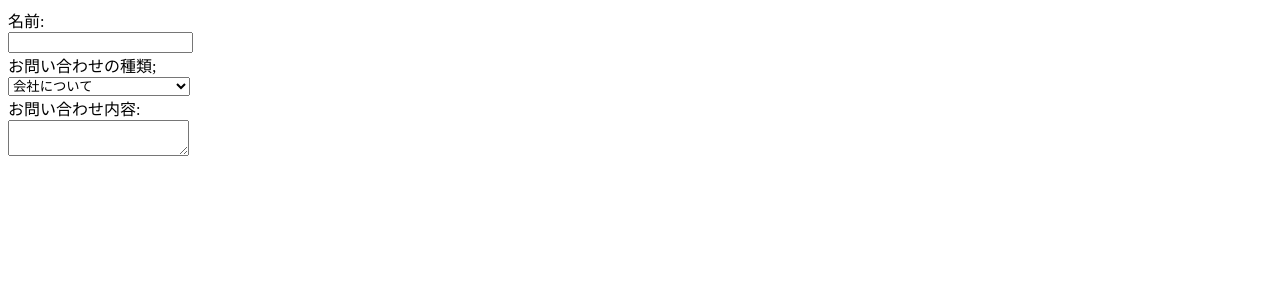
Repository: hmori696/test
Page: http://localhost/HelloServlet/inquiry.jsp
These files come from the project's save history. The page is drawn as it stood at one moment and after the next save; the edit follows.
The browser window is 1280 px wide. The pictures show the whole page.
The page is served by Tomcat 9. Other server files are loaded and not shown.

Above is the page before, as saved 2019-09-04 10:02:27.

### HelloServlet/WebContent/inquiry.jsp
<%@ page language="java" contentType="text/html; charset=UTF-8"
    pageEncoding="UTF-8"%>
<!DOCTYPE html>
<html>
<head>
<meta charset=UTF-8>
<title>お問い合わせフォーム</title>
</head>
<body>
   <form method="post"action="InquiryServlet">
         名前:<br><input type="text"name="name"><br>
         お問い合わせの種類;<br><select name="qtype">
              <option value="company">会社について</option>
              <option value="product">製品について</option>
              <option value="support">アフターサポートについて</option>
         </select><br>お問い合わせ内容:<br>
         <textarea name="body">

        </textarea>







   </form>












</body>
</html>

After the next save:
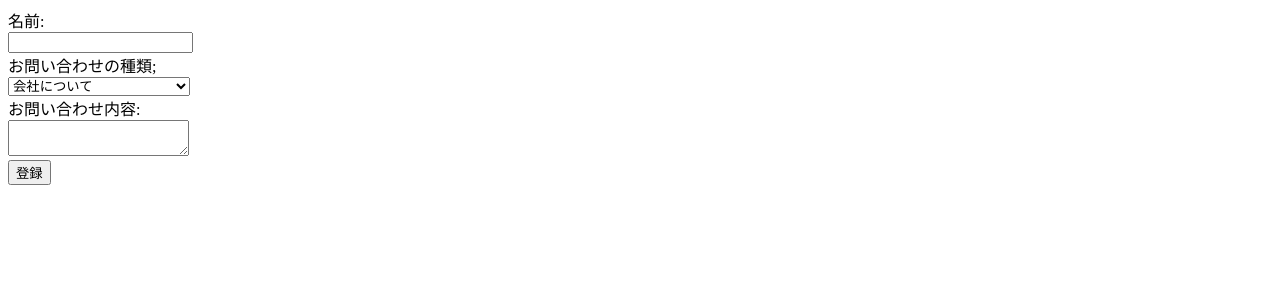
Saved 55 s later.
--- a/HelloServlet/WebContent/inquiry.jsp
+++ b/HelloServlet/WebContent/inquiry.jsp
@@ -17,14 +17,9 @@
          <textarea name="body">
 
         </textarea>
+               <br><input type="submit"value="登録">
 
-
-
-
-
-
-
-   </form>
+    </form>
 
 
 
